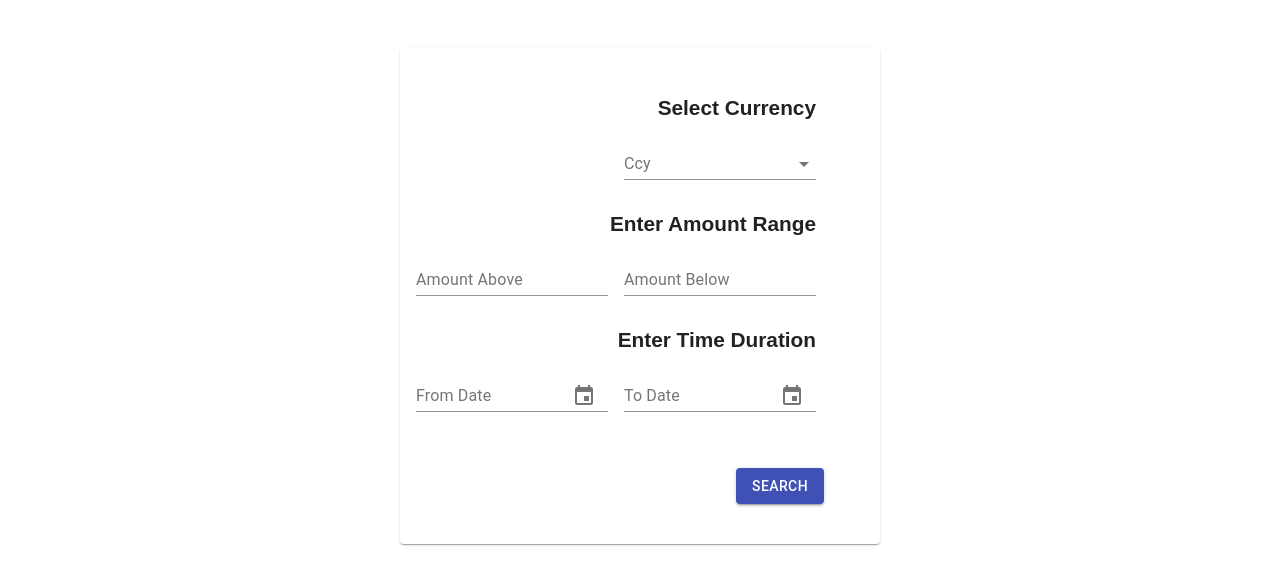
Repository: AmanullaChishty/filter
Page: /
An editor plug-in stored every save of this project. The page is shown before and after the next save, followed by the edit.
The browser window is 1280 px wide. The pictures show the whole page.
The project was rebuilt for these pictures with package versions that can differ from the ones it lists, and the page was loaded fresh each time. Imported but missing from the stored project, and not drawn on this page: src/reducers/simpleReducer.

Above is the page before, as saved 2020-01-26 21:47:19.

### src/index.js
import React from 'react';
import ReactDOM from 'react-dom';

// Required for Redux store setup
import { Provider } from 'react-redux'
import configureStore from './store';

import './index.css';
import App from './App';
import registerServiceWorker from './registerServiceWorker';

ReactDOM.render(
  <Provider store={configureStore()}>
    <App />
  </Provider>,
  document.getElementById('root')
);
registerServiceWorker();

### src/store.js
import { createStore, applyMiddleware } from 'redux';
import thunk from 'redux-thunk';
import rootReducer from './reducers/rootReducer';

export default function configureStore(initialState={}) {
  return createStore(
    rootReducer,
    applyMiddleware(thunk)
  );
}

### src/App.js
import React, { Component } from 'react';
import './App.css';
import GridList from './gridList'
import SearchBar from './searchBar/components/searchBar';



/**
 * @class App
 * @extends {Component}
 */
class App extends Component {



  /**
   * @memberof App
   * @summary handles button click
   */


  render() {
    return (
      <div className="App">
        <SearchBar/>
        <GridList/>
      </div>
    );
  }
}

export default App;

### src/reducers/rootReducer.js
import { combineReducers } from 'redux';
import simpleReducer from './simpleReducer';
import searchReducer from '../searchBar/reducers/searchReducer'

export default combineReducers({
  simpleReducer,
  searchReducer
});

### src/gridList.js
import React, { Component } from 'react';
import { connect } from 'react-redux';
import MUIDataTable from "mui-datatables";
import { getSearchCriteria, getSearchData } from './searchBar/selectors/searchSelectors';


const headers = [{ name: "invoice_id", label: "Invoice id", options: { filter: true, sort: true, } },{ name: "reference", label: "Reference", options: { filter: true, sort: true, } },
{ name: "maturity_date", label: "Maturity Date", options: { filter: true, sort: true, } },{ name: "invoice_amount", label: "Invoice Amount", options: { filter: true, sort: true, } },
{ name: "ccy", label: "CCY", options: { filter: true, sort: true, } },{ name: "buyer", label: "Buyer", options: { filter: true, sort: true, } },
{ name: "supplier", label: "Supplier", options: { filter: true, sort: true, } },{ name: "invoice_date", label: "Invoice Date", options: { filter: true, sort: true, } },]

const options = {
  filterType: "checkbox",
  responsive: "stacked",
}

class GridList extends Component {
  render() {
    const {result,seacrhedData} = this.props;

    if(seacrhedData){
      if(seacrhedData.startDate){
        let date=new Date(seacrhedData.startDate)
        let yyyy = date.getFullYear();
        let mm =date.getMonth()+1
        let dd=date.getDate();
        seacrhedData.startDate = dd+'/'+ mm +'/'+yyyy;

      }
      if(seacrhedData.endDate){
        let date=new Date(seacrhedData.endDate)
        let yyyy = date.getFullYear();
        let mm =date.getMonth()+1
        let dd=date.getDate();
        seacrhedData.endDate = dd+'/'+ mm +'/'+yyyy;

      }
    }
    const title=('Currency '+seacrhedData.ccy + ' Invoices with value between '+ seacrhedData.ccy+ ' '+ seacrhedData.lowerLimit +' - '+ seacrhedData.upperLimit +' maturing between '+seacrhedData.startDate+' and '+ seacrhedData.endDate)

    if(result.length>0){
      result.forEach(item=>{
        if(item.maturity_date){
          let date=new Date(item.maturity_date*1000)
          let yyyy = date.getFullYear();
          let mm =date.getMonth()+1
          let dd=date.getDate();
            item.maturity_date = dd+'/'+ mm +'/'+yyyy;

        }
      })
    }
    return (
     <div>
       {result.length>0?(<MUIDataTable
            title={title}
            data={result}
            columns={headers}
            options={options}

          />):null}
     </div>
    );
  }
}


const mapStateToProps=state=> {
  return {
      result: getSearchData(state),
      seacrhedData:getSearchCriteria(state)
      };
}


export default connect(mapStateToProps)(GridList);

### src/searchBar/components/searchBar.js
import React, { Component, Fragment } from 'react';
import { connect } from 'react-redux';
import { bindActionCreators } from 'redux';
import { fetchData } from '../actions/fetchData';
import { search } from '../actions/searchAction';
import { getData, getSearchData } from '../selectors/searchSelectors';
import InputLabel from '@material-ui/core/InputLabel';
import MenuItem from '@material-ui/core/MenuItem';
import FormControl from '@material-ui/core/FormControl';
import Select from '@material-ui/core/Select';
import { Grid, Card, CardContent,CardActions, Input, Button, InputAdornment } from '@material-ui/core';
import DateFnsUtils from '@date-io/date-fns';
import { KeyboardDatePicker, MuiPickersUtilsProvider } from "@material-ui/pickers";
import 'date-fns';


let ccy=''

class SearchBar extends Component {

  constructor(props){
    super(props);
    this.handleChange=this.handleChange.bind(this)
    this.setLowerLimit=this.setLowerLimit.bind(this)
    this.setUpperLimit=this.setUpperLimit.bind(this)
    this.setStartDate=this.setStartDate.bind(this)
    this.setEndDate=this.setEndDate.bind(this)
    this.submitSearch=this.submitSearch.bind(this)
    this.state = {
      ccy:'',
      lowerLimit:'',
      upperLimit:'',
      startDate:null,
      endDate:null,
      storeStartDate:null,
      storeEndDate:null

    }
  }

  componentDidMount() {

    }



  handleChange(event){
    let val = event.target.value
      this.setState({ccy:val})
  };

  setLowerLimit(event){
    let val = event.target.value
    this.setState({lowerLimit:val});
  }

  setUpperLimit(event){
    let val = event.target.value
    this.setState({upperLimit:val})

  }
  setStartDate(event){
    let val = Math.floor(event.getTime()/1000)
    this.setState({storeStartDate:val})
    this.setState({startDate:event})

  }

  setEndDate(event){
    let val = Math.floor(event.getTime()/1000)
    this.setState({storeEndDate:val})
    this.setState({endDate:event})

  }

  submitSearch(){
    const { fetchAllData,searchData } = this.props;
    fetchAllData();
    setTimeout(()=>{searchData(this.state)},100)

  }


  render() {
    const sectionGrid={ display: 'flex', justifyContent: 'end', alignItems: 'end', flexDirection: 'column', marginBottom: '2em' }
    const sectionLabel = { fontSize: '1.3em', fontWeight: 'bold', marginBottom: '-.2em' }
    const innerSection={ display: 'flex', justifyContent: 'center', alignItems: 'center', }
    const formControlStyle={ width: '12em', marginTop: '1em' }
    const formControlStyleLeft={ width: '12em', marginTop: '1em', marginLeft: '1em' }
    const {ccy,lowerLimit,upperLimit,startDate,endDate} = this.state

    return (
      <Grid style={{display:'flex',justifyContent:'center',alignItems:'center',flexDirection:'column'}}>
    <Card style={{maxWidth:400,width:'100%',padding:'2em 3em 2em 2em',margin:'3em'}}>
      <CardContent>
            <Grid style={sectionGrid}>
              <span style={sectionLabel}>Select Currency</span>
              <FormControl style={formControlStyle} >

                <InputLabel id="ccy">
                  Ccy
                </InputLabel>
                <Select
                  labelId="ccy"
                  id="simple-select"
                  value={ccy}
                  onChange={this.handleChange}>
                  <MenuItem value={'USD'}>USD</MenuItem>
                  <MenuItem value={'INR'}>INR</MenuItem>
                  <MenuItem value={'JPY'}>JPY</MenuItem>
                  <MenuItem value={'RYD'}>RYD</MenuItem>
                </Select>
              </FormControl>
            </Grid>

            <Grid style={sectionGrid}>
              <span style={sectionLabel}>Enter Amount Range</span>
              <Grid style={innerSection}>
                <FormControl style={formControlStyle} >

                  <InputLabel id="ccy">
                    Amount Above
                  </InputLabel>
                  <Input
                  type='number'
                  value={lowerLimit}
                  startAdornment={ccy!=''?(<InputAdornment position="start">{ccy}</InputAdornment>):null}
                  onChange={this.setLowerLimit}/>
                </FormControl>
                <FormControl style={formControlStyleLeft} >
                  <InputLabel id="ccy">
                    Amount Below
                  </InputLabel>
                  <Input
                  type='number'
                  value={upperLimit}
                  startAdornment={ccy!=''?(<InputAdornment position="start">{ccy}</InputAdornment>):null}
                  onChange={this.setUpperLimit} />
                </FormControl>
              </Grid>
            </Grid>

            <Grid style={sectionGrid}>
              <span style={sectionLabel}>Enter Time Duration</span>
              <Grid style={innerSection}>
                <FormControl style={formControlStyle} >
                  <Fragment>
                    <MuiPickersUtilsProvider utils={DateFnsUtils}>
                      <KeyboardDatePicker
                        label="From Date"
                        clearable
                        value={startDate}
                        placeholder="Select from date"
                        onChange={this.setStartDate}
                        format="dd/MM/yyyy"
                      />
                    </MuiPickersUtilsProvider>
                  </Fragment>
                </FormControl>
                <FormControl style={formControlStyleLeft} >
                <Fragment>
                    <MuiPickersUtilsProvider utils={DateFnsUtils}>
                      <KeyboardDatePicker
                        label="To Date"
                        clearable
                        value={endDate}
                        placeholder="Select end date"
                        onChange={this.setEndDate}
                        format="dd/MM/yyyy"
                      />
                    </MuiPickersUtilsProvider>
                  </Fragment>
                </FormControl>
              </Grid>
            </Grid>

      </CardContent>
      <CardActions style={{float:'right'}}>
        <Button variant="contained" color="primary" onClick={this.submitSearch}>
          Search
        </Button>
      </CardActions>
      </Card>
    </Grid>
    );
  }
}


const mapStateToProps=state=> {
    return {
        value: getSearchData(state),
        content:getData(state)
        };
  }

const mapDispatchToProps = dispatch => bindActionCreators({
    searchData: search,
    fetchAllData:fetchData,
}, dispatch)


export default connect(mapStateToProps, mapDispatchToProps)(SearchBar);

### src/searchBar/reducers/searchReducer.js
import { SEARCH, SUCCESS } from '../actions/searchAction';

const initialState = {contents: [], value: '', serachedValue: []};

export default function searchReducer(state = initialState, action) {
  switch(action.type) {
    case SUCCESS: {
      const {contents} = action;
      return {
        ...state,
        contents:contents
      };
    }
    case SEARCH: {
      const {value} = action;
      let filteredData=[value]
      const serachedData = state.contents.filter((val) => filteredData.find(
        ({ccy,lowerLimit,upperLimit,storeStartDate,storeEndDate})=>(
          val.ccy === ccy && val.invoice_amount>lowerLimit && val.invoice_amount<upperLimit && val.maturity_date>storeStartDate && val.maturity_date<storeEndDate
          )
        ));

      return {
        ...state,
        value:value,
        serachedValue:serachedData
      };
    }
    default:
      return state;
  }
}

### src/searchBar/selectors/searchSelectors.js
import { createSelector } from 'reselect';

export const getSearchData = createSelector(
    state => state.searchReducer.serachedValue,
    serachedValue => serachedValue
)

export const getSearchCriteria = createSelector(
    state => state.searchReducer.value,
    value => value
)

export const getData = createSelector(
    state => state.searchReducer.contents,
    contents=>contents
)

### src/searchBar/actions/fetchData.js
import { getData } from "./searchAction";

//https://my.api.mockaroo.com/tallydata.json?key=1e3baa20
function fetchData() {
    return dispatch => {
        fetch('data1.json')
        .then(res => res.json())
        .then(res => {
            if(res.error) {
                throw(res.error);
            }
            dispatch(getData(res));

            return res;
        })
        .catch(error => {
            alert(error);
        })
    }
}

export { fetchData };

### src/searchBar/actions/searchAction.js
export const SEARCH = 'SEARCH';
export const SUCCESS = 'SUCCESS'

export function search(value) {
  return {
      type: SEARCH,
      value:value
    };
}

export function getData(res) {
  return {
      type: SUCCESS,
      contents:res
    };
}

Loaded but not shown: public/index.html (common file); src/index.css (common file); src/registerServiceWorker.js (common file); src/App.css (common file)

After the next save:
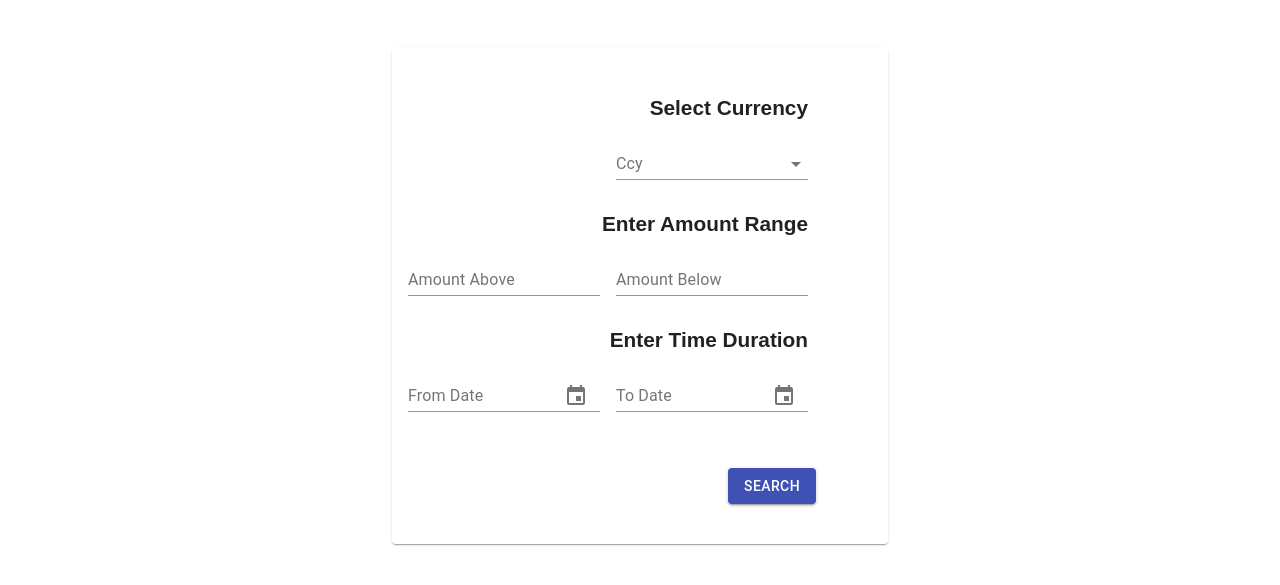
Saved 8 s later.
--- a/src/searchBar/components/searchBar.js
+++ b/src/searchBar/components/searchBar.js
@@ -91,7 +91,7 @@ class SearchBar extends Component {
 
     return (
       <Grid style={{display:'flex',justifyContent:'center',alignItems:'center',flexDirection:'column'}}>
-    <Card style={{maxWidth:400,width:'100%',padding:'2em 3em 2em 2em',margin:'3em'}}>
+    <Card style={{maxWidth:400,width:'100%',padding:'2em 4em 2em 2em',margin:'3em'}}>
       <CardContent>
             <Grid style={sectionGrid}>
               <span style={sectionLabel}>Select Currency</span>
